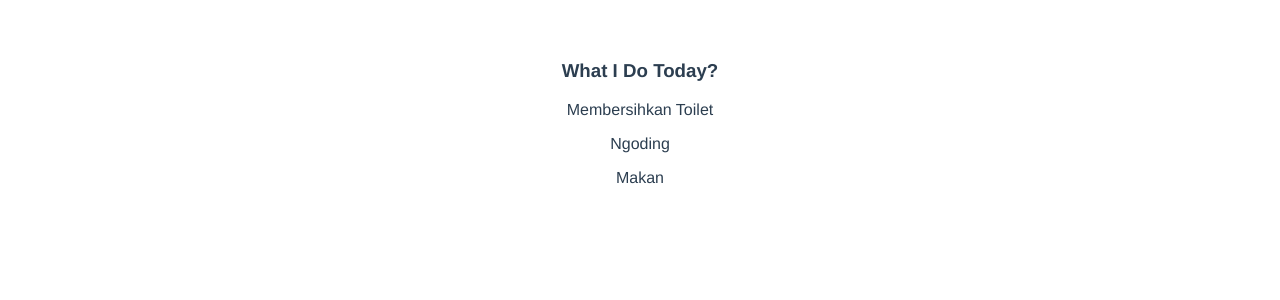
Repository: AdiPrimanto/praxis-academy
Page: / (app in novice/03-05/todolist/)
The author's editor kept a copy of each file at every save. The page is drawn from the files as they stood at one save, then again after the next save.
The browser window is 1280 px wide. The pictures show the whole page.
The project was rebuilt for these pictures with package versions that can differ from the ones it lists, and the page was loaded fresh each time.

Above is the page before, as saved 2019-11-29 13:58:59.

### novice/03-05/todolist/src/App.vue
<template>
  <div id="app">
    <div class="container">
      <div class="row">
        <div class="col-12">
          <h3>What I Do Today? </h3>
        </div>
      </div>
    </div>

    <div class="pekerjaan-rumah">
      <div v-for="tugasSaya in tugas" v-bind:key="tugasSaya.id" class="tugas">
        <p>{{tugasSaya.nama}}</p>
      </div>
    </div>
  </div>
</template>

<script>
  // import HelloWorld from './components/HelloWorld.vue'

  export default {
    name: 'app',
    //membuat data json
    //v-for dilakukan jk memiliki array di dalam data:
    data: function() {
      return {
        tugas: [{
          id: 1,
          nama: 'Membersihkan Toilet',
          isDone: false
        },
        {
          id: 2,
          nama: 'Ngoding',
          isDone: false
        },
        {
          id: 3,
          nama: 'Makan',
          isDone: false
        }]
      };
    },
    components: {

    }
  }
</script>

<style>
  #app {
    font-family: 'Avenir', Helvetica, Arial, sans-serif;
    -webkit-font-smoothing: antialiased;
    -moz-osx-font-smoothing: grayscale;
    text-align: center;
    color: #2c3e50;
    margin-top: 60px;
  }
</style>

Loaded but not shown: novice/03-05/todolist/public/index.html (common file); novice/03-05/todolist/src/main.js (common file)

After the next save:
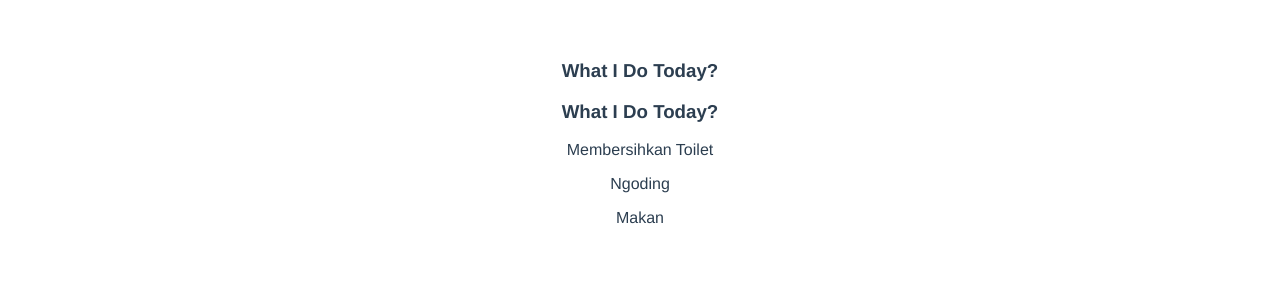
Saved 15 s later.
--- a/novice/03-05/todolist/src/App.vue
+++ b/novice/03-05/todolist/src/App.vue
@@ -1,6 +1,11 @@
 <template>
   <div id="app">
     <div class="container">
+      <div class="row">
+        <div class="col-12">
+          <h3>What I Do Today? </h3>
+        </div>
+      </div>
       <div class="row">
         <div class="col-12">
           <h3>What I Do Today? </h3>

After the 2 saves that followed:
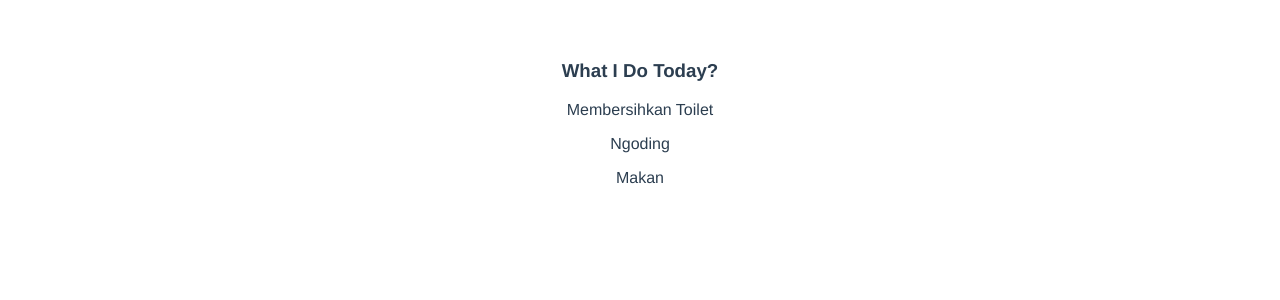
The 2 saves are shown as one change because they came seconds apart.
The last was saved 37 s later.
--- a/novice/03-05/todolist/src/App.vue
+++ b/novice/03-05/todolist/src/App.vue
@@ -8,16 +8,16 @@
       </div>
       <div class="row">
         <div class="col-12">
-          <h3>What I Do Today? </h3>
+          <div class="pekerjaan-rumah">
+      <div v-for="tugasSaya in tugas" v-bind:key="tugasSaya.id" class="tugas">
+        <p>{{tugasSaya.nama}}</p>
+      </div>
+    </div>
         </div>
       </div>
     </div>
 
-    <div class="pekerjaan-rumah">
-      <div v-for="tugasSaya in tugas" v-bind:key="tugasSaya.id" class="tugas">
-        <p>{{tugasSaya.nama}}</p>
-      </div>
-    </div>
+
   </div>
 </template>
 
